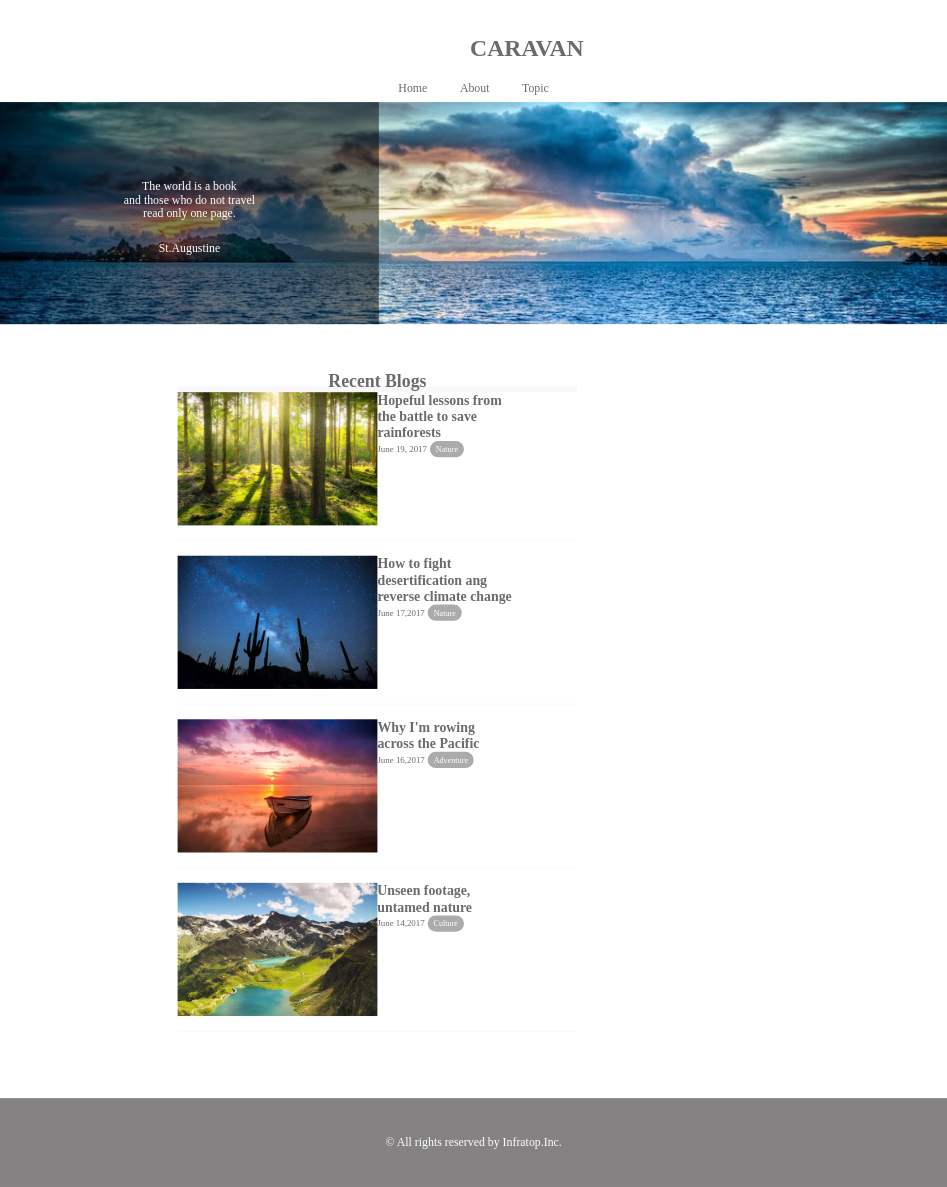
Repository: takanauti/task
Page: caravan/index.html
The author's editor kept a record of every edit. The page is drawn from the files as they stood at one moment, then again after the next edit.
The browser window is 1280 px wide. The pictures show the whole page, at 74% of full size.

Above is the page before.

### caravan/index.html
<!DOCTYPE html>
<html lang="ja">
  <head>
    <meta charset="UTF-8" />
    <!-- CSSファイルの読み込み -->
    <link rel="stylesheet" href="style.css" />
    <title>CARAVAN</title>
  </head>

  <body>
    <!--header-->
    <header>


　　 <h1 class="heading">
　　   <a href="index.html">
　　  CARAVAN
　　  </a>
　　 </h1>
    </header>

    <nav>
     <ul class="nav-list">
       <li class="nav-list-item">
         <a href="index.html">Home</a>
       </li>
       <li class="nav-list-item">About</li>
       <li class="nav-list-item">Topic</li>
     </ul>
    </nav>


        <!-- main-visual用のdiv -->
    <div class="main-visual">
    <div class="main-visual-content">
      <p class="main-visual-text">
        The world is a book<br />
        and those who do not travel<br />
        read only one page.
      </p>
      <p class="main-visual-name">
        St.Augustine
      </p>
    </div>

    </div>

      <!-- main用のdiv -->
   <main>
      <section class="blog">
        <h2 class="blog-heading">Recent Blogs</h2>
        <div class="blog-box">
        <div class="blog-item">
          <img class="blog-image" src="img/forest.jpg"/>
          <section class="blog-text">
            <h3 class="blog-text-heading">
              <a href="single.html">
                Hopeful lessons from<br>
                the battle to save<br>
                rainforests
              </a>
            </h3>
            <p class="blog-date">June 19, 2017</p>
            <span class="category">Nature</span>
          </section>
        </div>
        <div class="blog-item">
        <img class="blog-image" src="img/desert.jpg"/>
        <section class="blog-text">
        <h3 class="blog-text-heading">
        <a href="single.html">
          How to fight <br>
          desertification ang <br>
          reverse climate change
        </a>
        </h3>
        <p class="blog-date">June 17,2017</p>
        <span class="category">Nature</span>
        </section>
        </div>

        <div class="blog-item">
        <img class="blog-image" src="img/sunset.jpg"/>
        <section class="blog-text">
         <h3 class="blog-text-heading">
          <a href="single.html">
            Why I'm rowing <br>
            across the Pacific
          </a>
         </h3>
         <p class="blog-date">June 16,2017</p>
        <span class="category">Adventure</span>
        </section>
        </div>
        <div class="blog-item">
          <img class="blog-image" src="img/italy.jpg"/>
          <section class="blog-text">
          <h3 class="blog-text-heading">
          <a href="single.html">
           Unseen footage,<br>
           untamed nature
          </a>
          </h3>
          <p class="blog-date">June 14,2017</p>
          <span class="category">Culture</span>
          </section>
        </div>

        </div>
        </section>
      <div class="sidebar"></div>
    </main>



    <!--footer-->
    <footer>
    <p class="footer-text">© All rights reserved by Infratop.Inc.</p>
    </footer>

    </body>
</html>

### caravan/style.css
/* ブラウザがそれぞれ持っているCSSをリセットするための記述 */
* {
  margin: 0;
  padding: 0;
  box-sizing: border-box;
  color: #6c6b6b;
}

a {
  text-decoration: none;
}

header {
  width: 90%; /* 横幅90% */
  padding: 15px 0;
  margin: 0 auto;
  text-align: center;
}

header .heading {
  /* headerタグ内のheadingクラスにのみ反映される */
  font-size: 32px;
}

.nav-list {
  text-align: center;
  padding: 10px 0;
  margin: 0 auto;
}

.nav-list-item {
  list-style: none;
  display: inline-block;
  margin: 0 20px;
}

.main-visual {
  width: 100%; /* 横幅いっぱい */
  height: 300px; /* 高さ300px */
  background-image: url(img/mv.jpg);
  background-size: cover; /* 縦横比を維持したまま背景領域を埋め尽くす */
  background-position: center; /* 背景画像を中央に配置 */
}

.main-visual-content {
  width: 40%; /* 横幅40% */
  height: 300px; /* 親の高さに揃える */
  background-color: rgba(0, 0, 0, 0.5); /* 背景色を半透明の黒にする */
  text-align: center; /* 文字を中央揃えにする */
  padding-top: 105px; /* 上側の内側余白で垂直方向の位置を調整 */
}

.main-visual-text {
  color: #fff; /* 文字色を白に変更 */
}

.main-visual-name {
  margin-top: 30px; /* 上側の外側の余白 */
  color: #fff; /* 文字色を白に変更 */
}

main{
  width:800px;
  display: flex;
  justify-content:center;
  margin:0 auto;
  padding:70px 0;
}

.blog {
  width:540px;
  margin-right: 30px;
}

.blog-heading{
  border-bottom: 8px solid#f7f7f7;
  text-align: center;
  line-height: 0.6;
}

.blog-item{
  padding-bottom: 20px;
  margin-bottom: 20px;
  border-bottom: 1px solid #f7f7f7;
  display: flex;
  justify-content:flex-start;
}

.blog-image{
  height: 180px;
}

.blog-date{
  font-size: 12px;
  display: inline-block;
}

.category{
  display: inline-block;
  padding: 5px 8px;
  background-color: #acabab;
  border-radius: 30px;
  color:#fff;
  font-size:11px;
}

.sidebar {
  width: 230px;
}

footer {
  width: 100%;
  height: 120px;
  text-align: center;
  line-height: 120px;
  background-color: #848282;
}

.footer-text {
  color: #fff;
}

After the next edit:
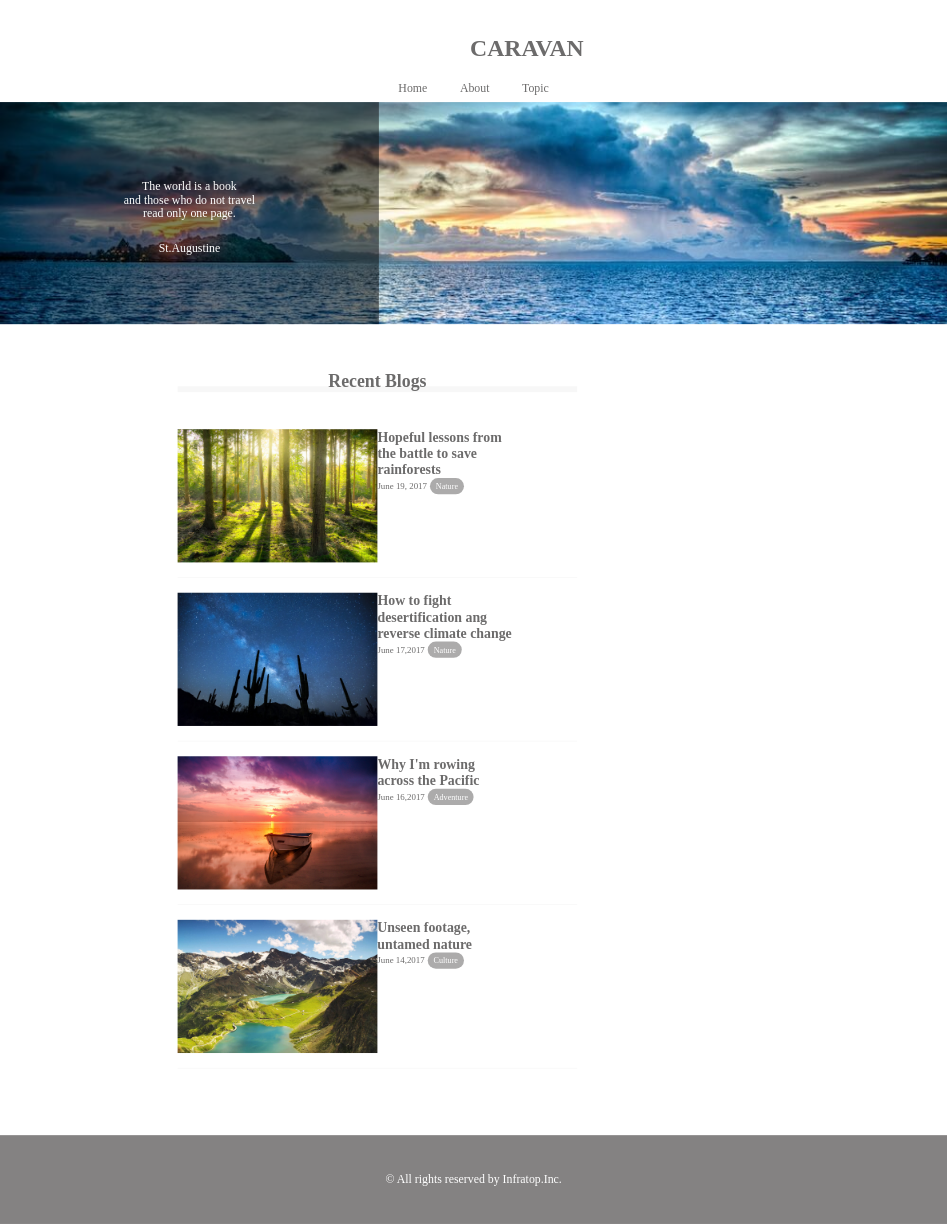
The edit:
--- a/caravan/style.css
+++ b/caravan/style.css
@@ -78,6 +78,10 @@
   line-height: 0.6;
 }
 
+.blog-box{
+  padding-top: 50px;
+}
+
 .blog-item{
   padding-bottom: 20px;
   margin-bottom: 20px;
